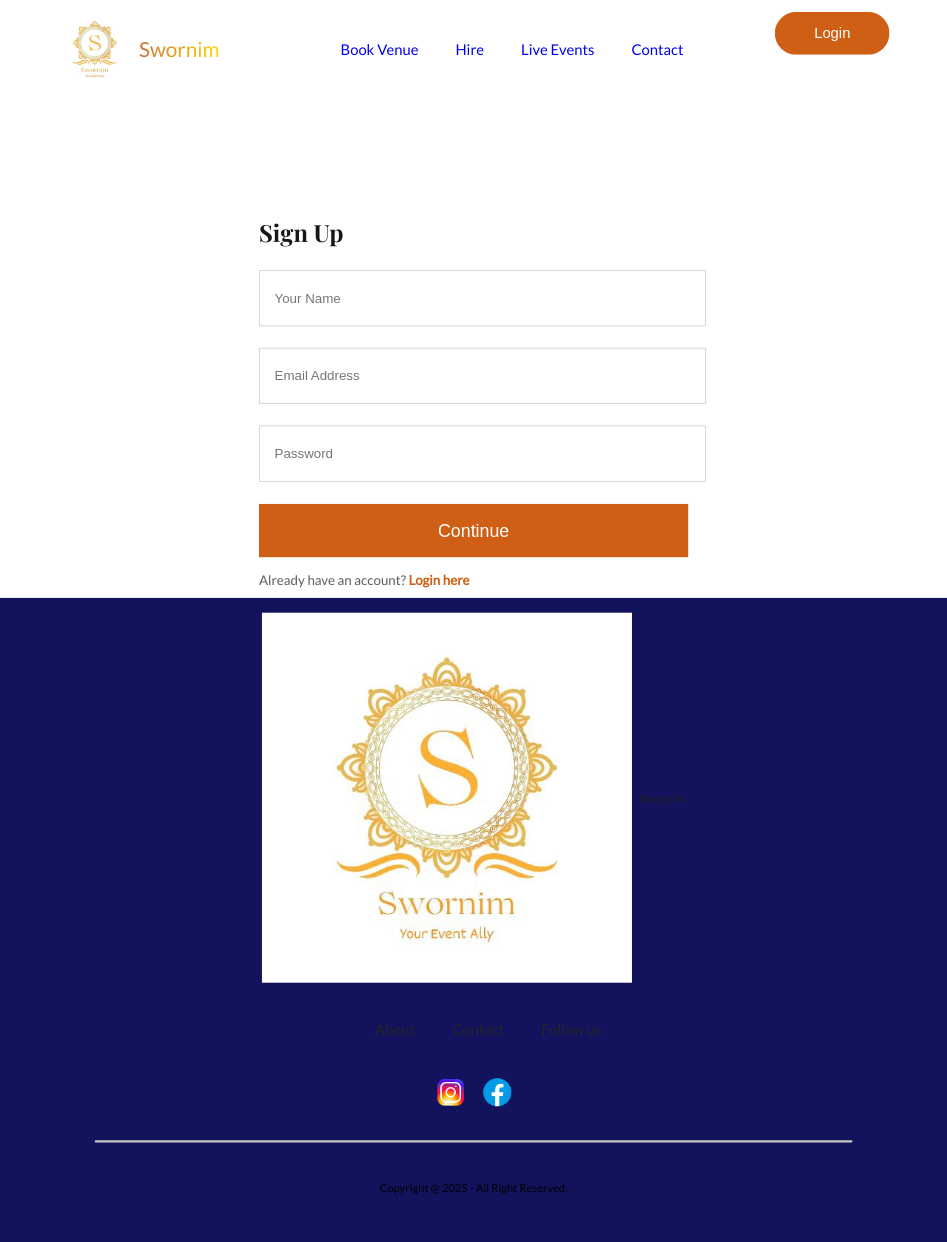
Repository: leonischu/Swornim
Page: /login (app in frontend/)
The author's editor kept a copy of each file at every save. The page is drawn from the files as they stood at one save, then again after the next save.
The browser window is 1280 px wide. The pictures show the whole page, at 74% of full size.
The project was rebuilt for these pictures with package versions that can differ from the ones it lists, and the page was loaded fresh each time. Also part of the build but not shown: frontend/src/App.css, frontend/src/Pages/Book.jsx, frontend/src/Pages/Contact.jsx.

Above is the page before, as saved 2025-05-31 15:14:40.

After the next save:
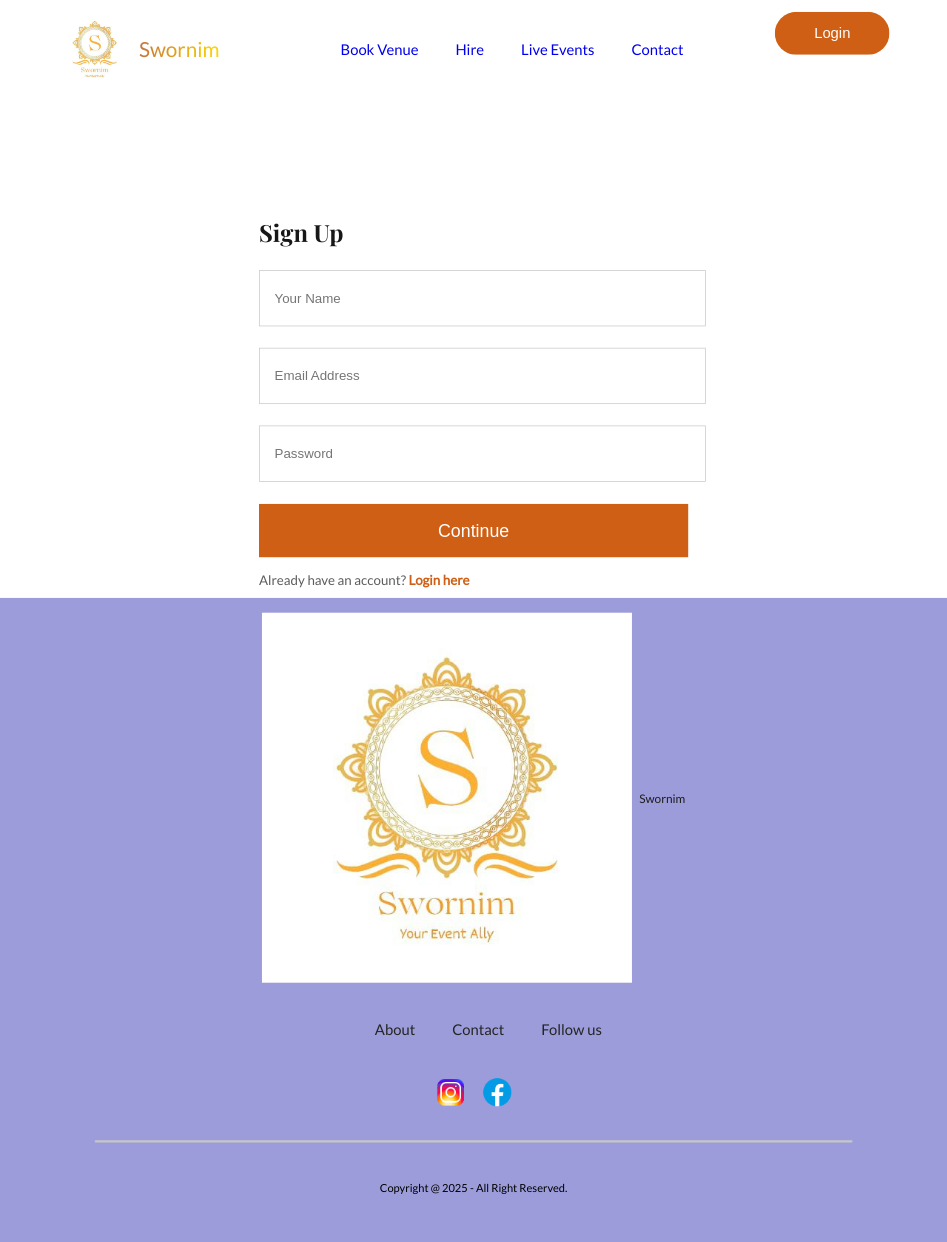
Saved 30 s later.
--- a/frontend/src/Components/Footer/Footer.css
+++ b/frontend/src/Components/Footer/Footer.css
@@ -5,7 +5,7 @@
     align-items: center;
     gap: 30px;
     padding: 20px 0;
-    background-color: rgb(19, 19, 93);
+    background-color: rgb(156, 156, 218);
 }
 .footer_logo{
     display: flex;
